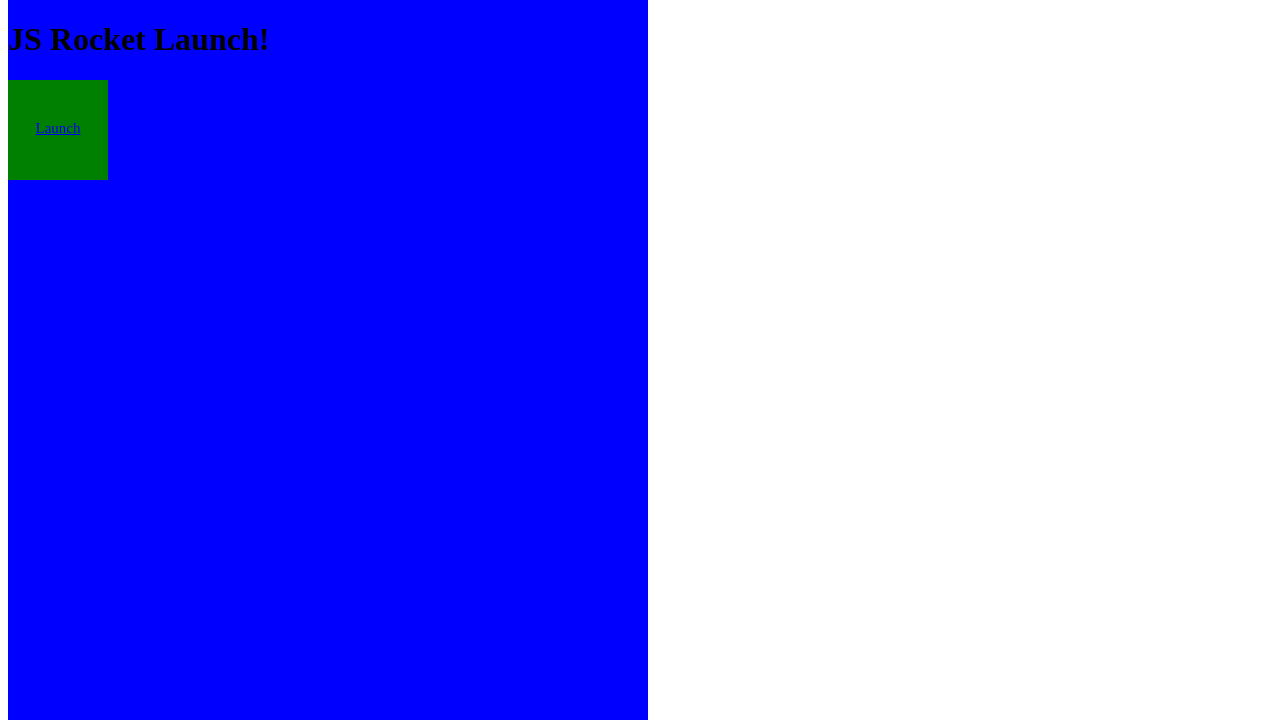
Repository: alcarrizo/Rocket-launch
Page: index.html
An editor plug-in stored every save of this project. The page is shown before and after a run of saves, followed by the edit.
The browser window is 1280 px wide. The pictures show the whole page.

Above is the page before, as saved 2022-10-19 19:39:36.

After the next 2 saves:
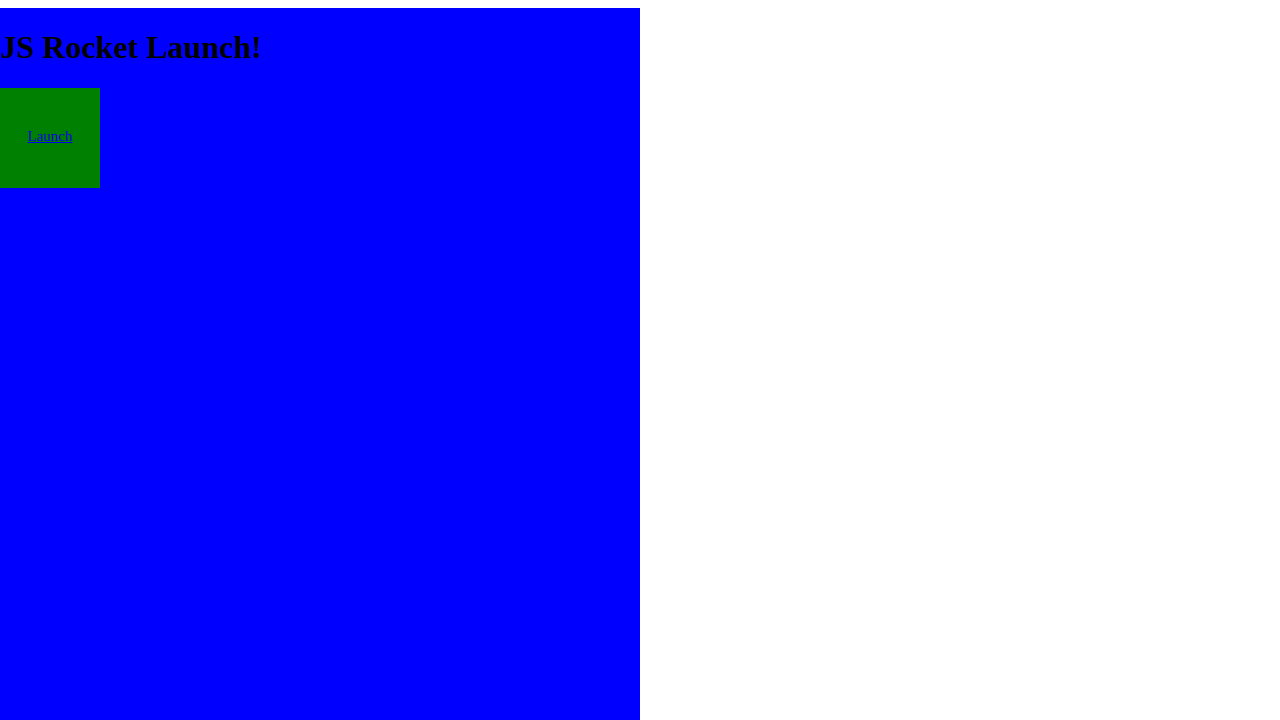
The 2 saves are shown as one change because they came seconds apart.
The last was saved 9 s later.
--- a/css/style.css
+++ b/css/style.css
@@ -5,7 +5,8 @@ body {}
     box-sizing: border-box;
     width: 50%;
     height: 100%;
-    top: 0;
+    top: 9;
+    left: 0;
     background-color: blue;
 }
 
